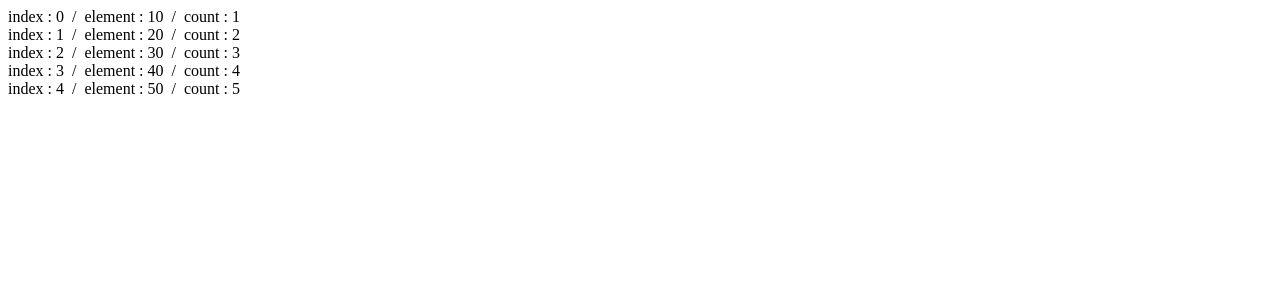
Repository: GitOnibi/jsp
Page: http://localhost/JSPprojec/ex07_index.jsp
An editor plug-in stored every save of this project. The page is shown before and after the next save, followed by the edit.
The browser window is 1280 px wide. The pictures show the whole page.
The page is served by Tomcat 9. Other server files are loaded and not shown.

Above is the page before, as saved 2019-01-07 11:42:41.

### JSPprojec/WebContent/ex07_index.jsp
<%@ page language="java" contentType="text/html; charset=UTF-8" pageEncoding="UTF-8"%>
<%@ taglib prefix="c" uri="http://java.sun.com/jsp/jstl/core" %>
<c:set var="arr" value="<%= new int[]{10,20,30,40,50} %>" />


<!DOCTYPE html>
<head>
	<meta charset="UTF-8">
	<title>Insert title here</title>
	</head>
<body>
	<c:forEach items="${ arr }" var="i" varStatus="stat" begin="0" end="4">
		index : ${ stat.index } &nbsp;/&nbsp; element : ${ i } &nbsp;/&nbsp; count : ${ stat.count }<br />
	</c:forEach>
</body>
</html>

After the next save:
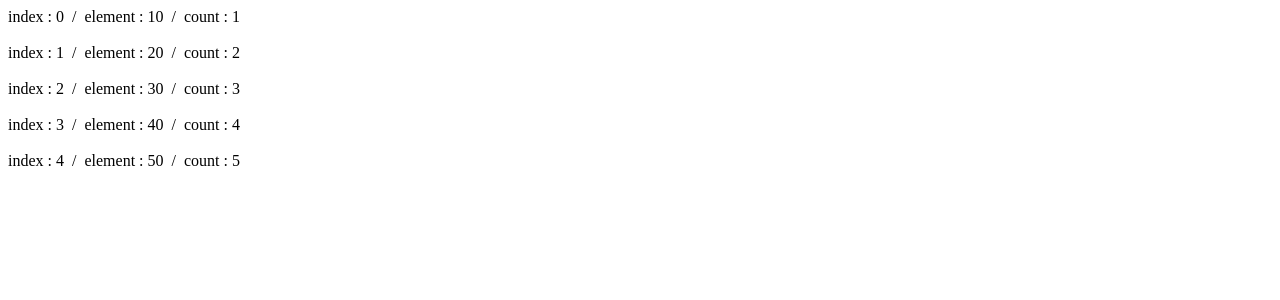
Saved 16 s later.
--- a/JSPprojec/WebContent/ex07_index.jsp
+++ b/JSPprojec/WebContent/ex07_index.jsp
@@ -10,7 +10,7 @@
 	</head>
 <body>
 	<c:forEach items="${ arr }" var="i" varStatus="stat" begin="0" end="4">
-		index : ${ stat.index } &nbsp;/&nbsp; element : ${ i } &nbsp;/&nbsp; count : ${ stat.count }<br />
+		index : ${ stat.index } &nbsp;/&nbsp; element : ${ i } &nbsp;/&nbsp; count : ${ stat.count }<br /><br />
 	</c:forEach>
 </body>
 </html>
